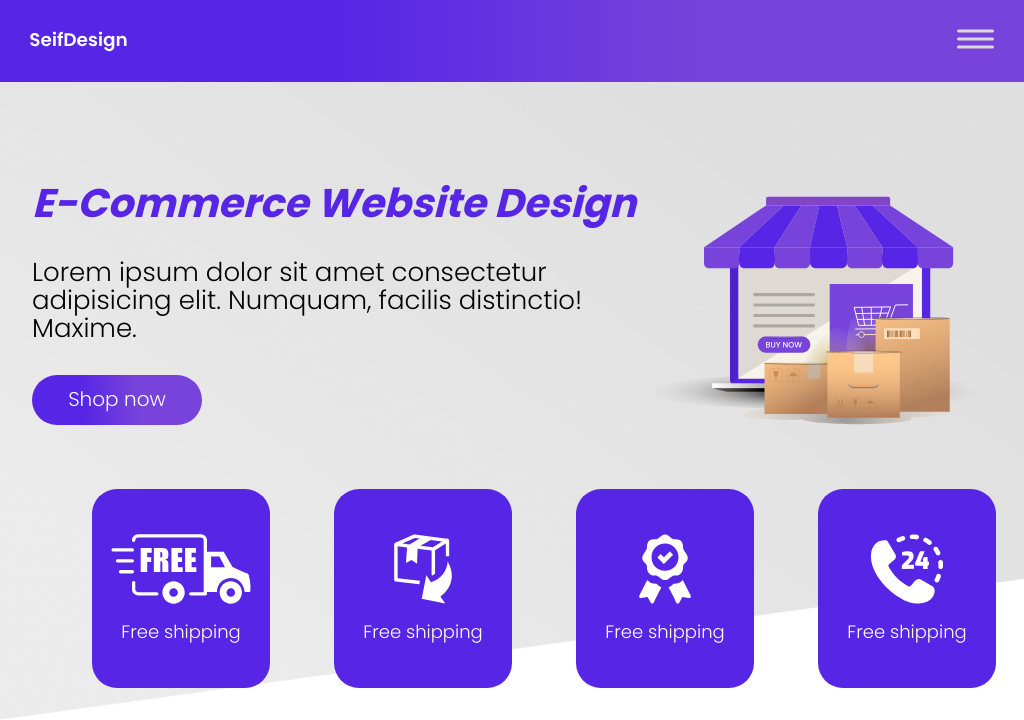
Repository: simralgasimov/newpage
Page: index.html
These files come from the project's save history. The page is drawn as it stood at one moment and after a run of saves; the edit follows.
The browser window is 1024 px wide. The pictures show the whole page.
The style sheet was rebuilt from its Sass, Less or Tailwind sources for each picture, by a compiler version that may differ from the author's.

Above is the page before, as saved 2023-12-13 15:09:01.
Not found: index.js

After the next 2 saves:
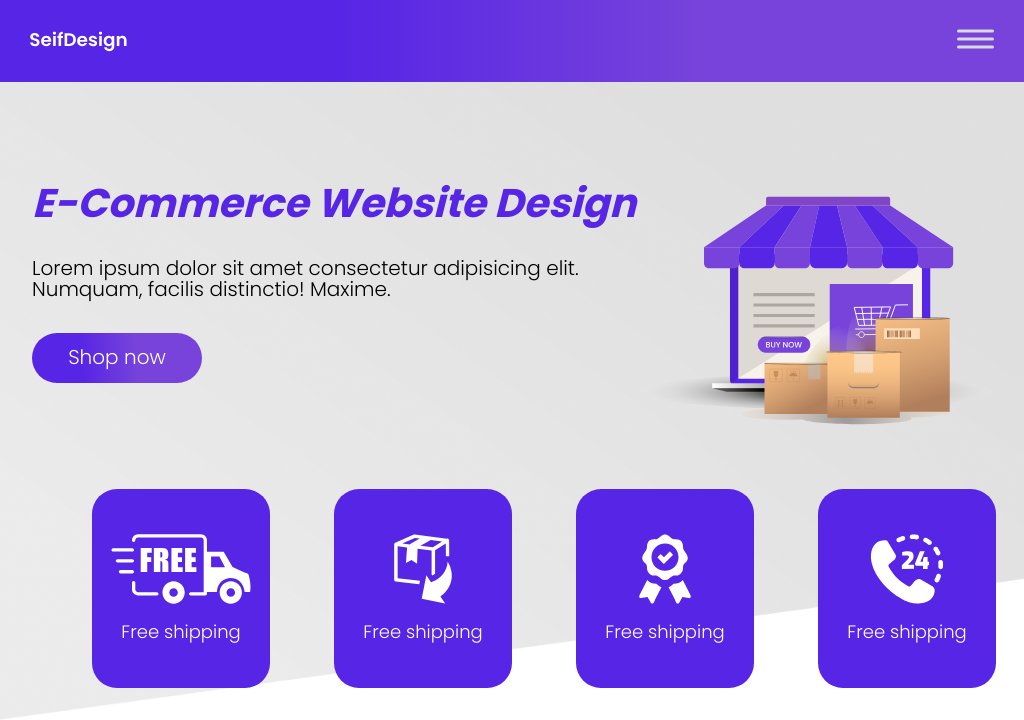
The 2 saves are shown as one change because 1 did not build or start.
The last was saved 19 s later.
--- a/index.scss
+++ b/index.scss
@@ -92,6 +92,9 @@ padding-top: 100px;      }
         font-style: normal;
         font-weight: 300;
         line-height: 109%;
+        @media screen and (max-width: 1024px) {
+        font-size: 20px;
+        }
       }
       button {
         border: none;
